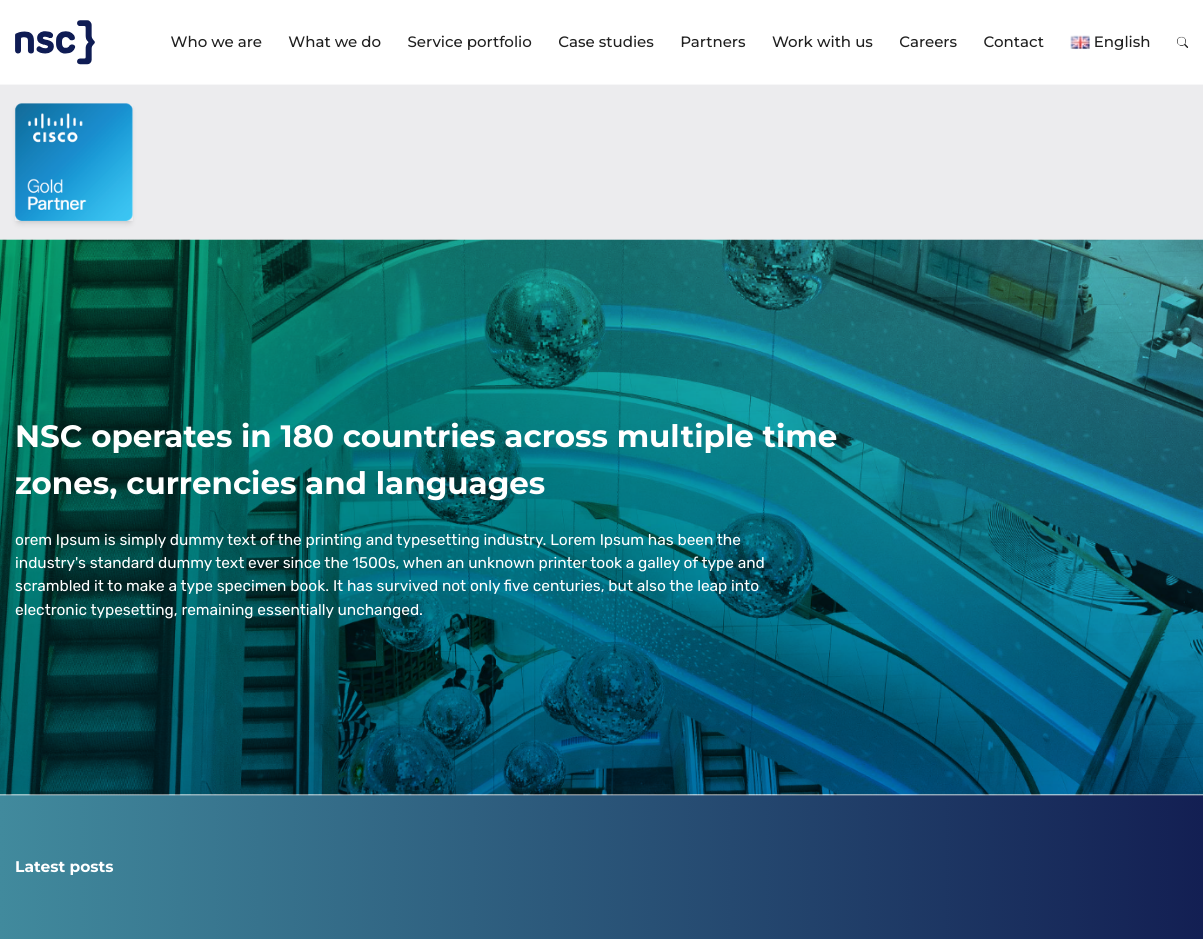
Repository: spaceship9999/ReactIsBack
Page: /
The author's editor kept a copy of each file at every save. The page is drawn from the files as they stood at one save, then again after the next save.
The browser window is 1280 px wide. The pictures show the whole page, at 94% of full size.
The project was rebuilt for these pictures with package versions that can differ from the ones it lists, and the page was loaded fresh each time. The framework's server and built-in components were replaced by stand-ins that run in the browser. Also part of the build but not shown: next.config.js.

Above is the page before, as saved 2023-03-25 17:13:47.

### src/app/layout.tsx
import './globals.scss'

export const metadata = {
  title: 'Create Next App',
  description: 'Generated by create next app',
}

export default function RootLayout({
  children,
}: {
  children: React.ReactNode
}) {
  return (
    <html lang="en">
      <body>{children}</body>
    </html>
  )
}

### src/app/page.tsx
import Link from "next/link";
import Header from "./Header";
import Award from "./Award";
import Banner from "./Banner";
import Posts from "./Posts";

export default function Home() {
  return (
    <main>
      <Header></Header>
      <Award/>
      <Banner
        heading="NSC operates in 180 countries across multiple time zones, currencies and languages"
        image="/img/Cisco_Banner.png" content="orem Ipsum is simply dummy text of the printing and typesetting industry. Lorem Ipsum has been the industry's standard dummy text ever since the 1500s, when an unknown printer took a galley of type and scrambled it to make a type specimen book. It has survived not only five centuries, but also the leap into electronic typesetting, remaining essentially unchanged." position={""}/>
      <Posts></Posts>
    </main>
  )
}

### src/app/globals.scss
@tailwind base;
@tailwind components;
@tailwind utilities;

@import "./scss/fonts";
@import "./scss/global";
@import "./scss/typography";

### src/app/Header.tsx
import Link from "next/link";

export default function Header() {
    return (
        <div className="container py-5">
            <div className="flex justify-between items-center">
                <Link href="/" >
                    <Logo className="w-[85px] h-[50px]" />
                </Link>
                <nav className="flex gap-7 font-montserrat font-medium text-grey">
                    <Link href="/who-we-are" >
                        Who we are
                    </Link>
                    <Link href="/what-we-do" >
                        What we do
                    </Link>
                    <Link href="/what-we-do" >
                        Service portfolio
                    </Link>
                    <Link href="/what-we-do" >
                        Case studies
                    </Link>
                    <Link href="/what-we-do" >
                        Partners
                    </Link>
                    <Link href="/what-we-do" >
                        Work with us
                    </Link>
                    <Link href="/what-we-do" >
                        Careers
                    </Link>
                    <Link href="/what-we-do" >
                        Contact
                    </Link>
                    <button className="flex items-center gap-x-1">
                        <img src="/img/gb-flag.png" className="w-full"/>
                        English
                    </button>
                    <button>
                        <Search/>
                    </button>
                </nav>
            </div>
        </div>
    )
}


const Logo = (props : { className: string}) => {
    const { className } = props;
    return (
        <svg className={className} xmlns="http://www.w3.org/2000/svg" viewBox="0 0 283.4 156" preserveAspectRatio="xMinYMid meet">
            <path id="nsc_global_logo" d="M67,107.8a10.074,10.074,0,0,1-10,9.9c-5.9.2-11.2-4.5-11.2-9.9V71.6c0-7.4-4.1-11.5-12.4-11.5-6.3,0-12.2.6-12.2,4.2v43.5c0,5.4-4.4,9.9-10.9,9.9-4.9,0-10.3-4.4-10.3-9.9V54.2c0-3.6,1-5.3,3.5-7C8,44,18.6,39.3,34,39.3c21.6,0,33,11.2,33,31.2Zm48.8-37.6L106,68c-6.4-1.4-7.3-3.2-7.3-5,0-3,3.1-4.7,8.6-4.7a31.5,31.5,0,0,1,10.9,2.5,19.538,19.538,0,0,0,7.6,2,8.7,8.7,0,0,0,6.7-3.1,10.468,10.468,0,0,0,2.5-7.6,9.067,9.067,0,0,0-3.5-6.6c-4.9-4-13.9-6.5-23.5-6.5-18,0-29.7,9.6-29.7,24.4,0,11.1,7.4,18.9,21.3,22.5,3.8,1,4.8,1.2,6.8,1.6.9.2,1.9.4,3.5.8,6.2,1.5,7.1,3.5,7.1,5.3,0,4.6-6.5,5.1-9.3,5.1a31.582,31.582,0,0,1-15.9-4.4,12.9,12.9,0,0,0-6.2-2A9.431,9.431,0,0,0,78,96.2c-3,3.9-2.1,10,1.9,13.3,4.6,3.8,13,8.3,27.4,8.3,18.2,0,30.4-10.2,30.4-25.4-.1-11.4-7.2-18.7-21.9-22.2Zm95.9,19.2c-2.2-2.9-6.3-4.2-10-4-4.7.2-7.3,1.7-9,4.9-2.7,4.7-6.5,7.3-12.2,7.3-7.8,0-12.9-4.9-13.7-12.9a95.4,95.4,0,0,1,0-13.1c.8-7.7,5.8-12.1,13.7-12.1a13.278,13.278,0,0,1,11.2,6.1c2.7,3.9,5.7,5.1,8.8,5.2,3.7.2,8-.7,10.6-3.9,1.4-1.7,1.7-4.3,1-7C209.8,51,199,39.2,179.9,39.2c-19,0-33.1,12.1-34.2,29.5a152.151,152.151,0,0,0,0,19.1c1.5,17.5,15.9,30.3,34.2,30.3,19.1,0,29.9-10.6,33-21.3.8-3.3.1-5.7-1.2-7.4Zm60,12.3c0-14.8,11.7-17.8,11.7-23.7s-11.7-8.9-11.7-23.7V15.9A15.939,15.939,0,0,0,255.8,0H231c-6.1,0-11,4-11,10,0,6.3,5.1,10.3,11.1,10.3h14.6a4.739,4.739,0,0,1,4.8,4.8V54.3c0,18.9,9.7,20.5,9.7,23.7s-9.7,4.9-9.7,23.7v29.2a4.739,4.739,0,0,1-4.8,4.8H231.1c-6,0-11.1,3.9-11.1,10.3,0,6,4.9,10,11.1,10h24.8a15.938,15.938,0,0,0,15.9-15.9V101.7Z" fill="#0f1c54"></path>
        </svg>
    )
}

const Search = () => {
    return (
        <svg xmlns="http://www.w3.org/2000/svg" className="w-3 h-3" fill="currentColor" viewBox="0 0 16 16">
            <path d="M11.742 10.344a6.5 6.5 0 1 0-1.397 1.398h-.001c.03.04.062.078.098.115l3.85 3.85a1 1 0 0 0 1.415-1.414l-3.85-3.85a1.007 1.007 0 0 0-.115-.1zM12 6.5a5.5 5.5 0 1 1-11 0 5.5 5.5 0 0 1 11 0z" />
        </svg>
    )
}

### src/app/Award.tsx
export default function Award() {
    return (
        <div className="bg-light-grey py-5">
            <div className="container">
                <img className="w-[125px] shadow-md" src="/img/cisco-partner-o.png"/>
            </div>
        </div>
    )
}

### src/app/Banner.tsx

interface BannerProps {
    heading: string;
    content: string;
    image: string;
    position: string;
}



export default function Banner({heading, content, image, position = "center"}: BannerProps) {
    return (
        <div className="py-20 md:py-24 lg:py-[185px] relative">
            <img src={image}
             className={`absolute inset-0 w-full h-full object-cover ${position === 'center' ? 'object-center': 'object-start'}`}/>
             <div className="container">
                <div className="flex flex-col items-center relative z-10 text-white md:max-w-[910px] text-center md:text-left">
                    <h2 className="text-white font-montserrat t-36 font-bold mb-6">{heading}</h2>
                    <div className="font-rubik t-24 lg:pr-20">
                        { content }
                    </div>
                </div>
             </div>
        </div>
    )
}

### src/app/Posts.tsx
export default function Posts() {
    return (
        <div className="bg-gradient-to-r from-[#418A9D] to-[#131F53] py-16">
            <div className="container">
                <h2 className="text-white t-24 font-montserrat font-bold">Latest posts</h2>
            </div>
        </div>
    )
}

### src/app/scss/_fonts.scss
@font-face {
    font-family: 'Rubik';
    font-display: swap;
    font-style: italic;
    src: url(/fonts/Rubik-Italic-VariableFont_wght.ttf) format('truetype'),
}

@font-face {
    font-family: 'Rubik';
    font-display: swap;
    font-style: normal;
    src: url(/fonts/Rubik-VariableFont_wght.ttf) format('truetype'),
}

@font-face {
    font-family: 'Montserrat';
    font-display: swap;
    font-style: normal;
    src: url(/fonts/Montserrat-VariableFont_wght.ttf) format('truetype'),
}

@font-face {
    font-family: 'Montserrat';
    font-display: swap;
    font-style: italic;
    src: url(/fonts/Montserrat-Italic-VariableFont_wght.ttf) format('truetype'),
}

### src/app/scss/_global.scss
.container {
    width: 100%;
    max-width: 1408px;
    padding-left: 1rem;
    padding-right: 1rem;
}

### src/app/scss/_typography.scss
.t-48 {
    font-size: clamp(24px, 3.429vw, 48px);
}
.t-36 {
    font-size: clamp(24px, 2.571vw, 36px);
}

.t-24 {
    font-size: clamp(16px, 1.286vw, 24px);
}

### tailwind.config.js
/** @type {import('tailwindcss').Config} */
/** @type {import('tailwindcss').Config} */
module.exports = {
  content: [
    "./app/**/*.{js,ts,jsx,tsx}",
    "./pages/**/*.{js,ts,jsx,tsx}",
    "./components/**/*.{js,ts,jsx,tsx}",

    // Or if using `src` directory:
    "./src/**/*.{js,ts,jsx,tsx}",
  ],
  theme: {
    extend: {
      fontFamily: {
        "montserrat": ["Montserrat", 'sans-serif'],
        "rubik": ["Rubik", 'sans-serif'],
      },
      container: {
        center: true,
      },
      colors: {
        "grey": "#202020",
        "light-grey": "#ECECEE",
      }
    },
  },
  plugins: [],
}

After the next save:
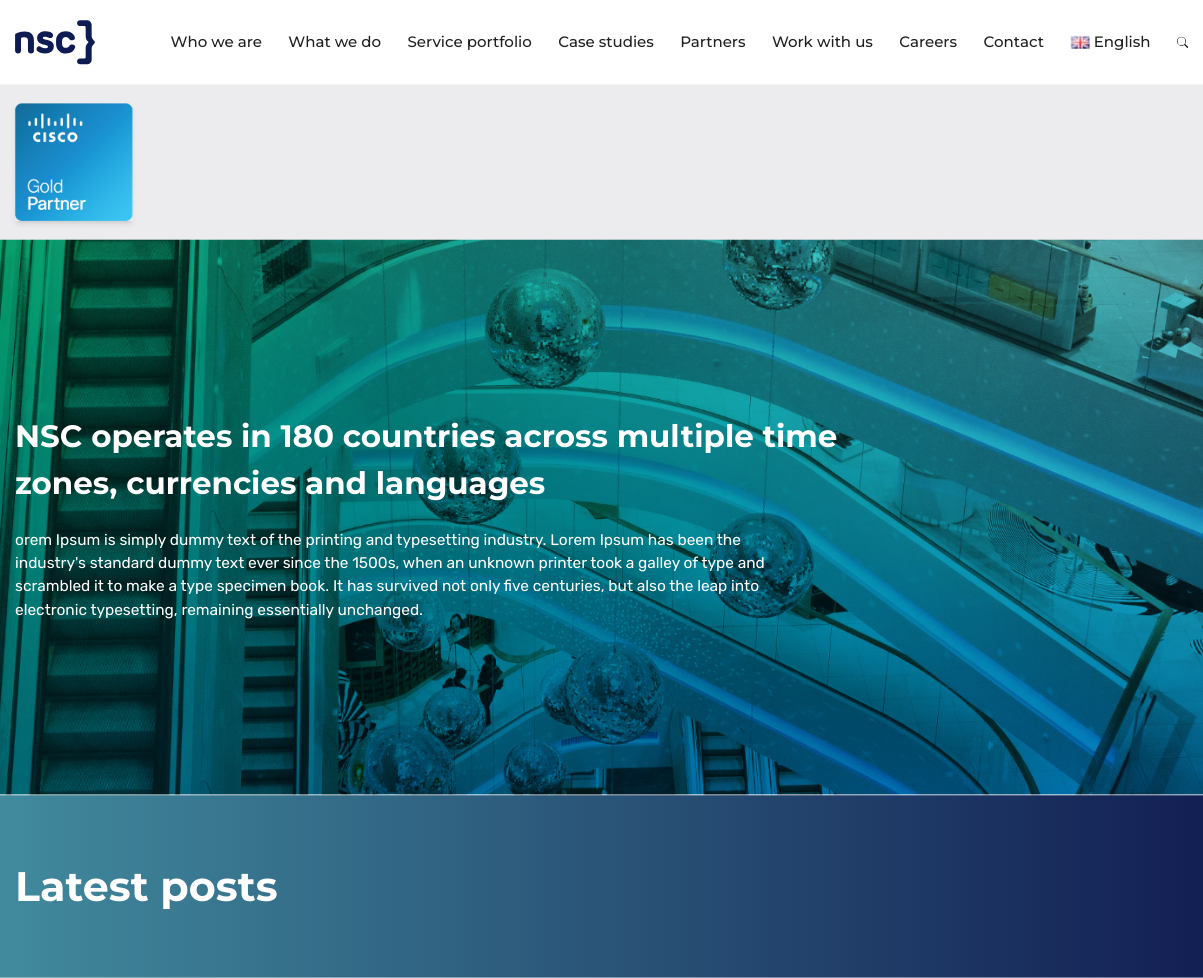
Saved 5 s later.
--- a/src/app/Posts.tsx
+++ b/src/app/Posts.tsx
@@ -2,7 +2,7 @@
     return (
         <div className="bg-gradient-to-r from-[#418A9D] to-[#131F53] py-16">
             <div className="container">
-                <h2 className="text-white t-24 font-montserrat font-bold">Latest posts</h2>
+                <h2 className="text-white t-48 font-montserrat font-bold">Latest posts</h2>
             </div>
         </div>
     )
